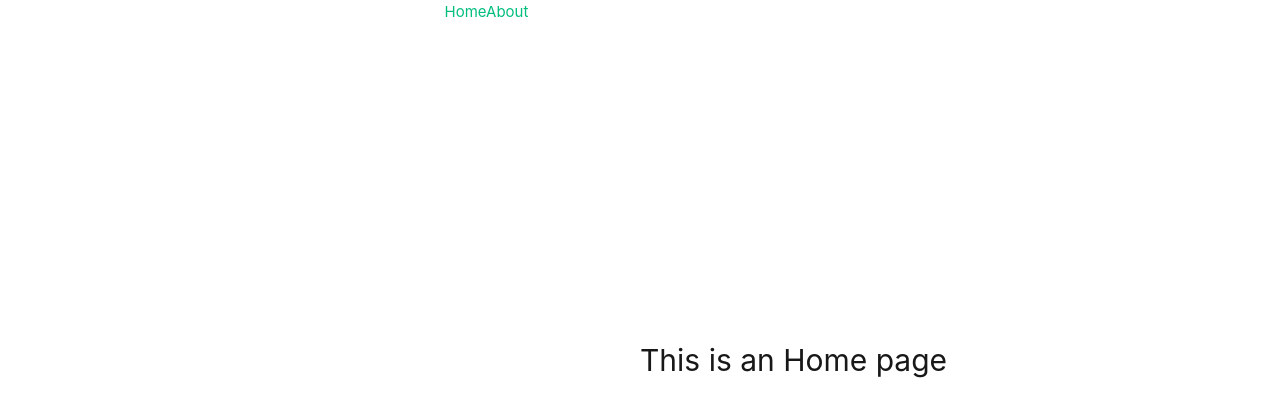
Repository: loktioncode/vectra-shop
Page: /
The author's editor kept a copy of each file at every save. The page is drawn from the files as they stood at one save, then again after the next save.
The browser window is 1280 px wide. The pictures show the whole page.
The project was rebuilt for these pictures with package versions that can differ from the ones it lists, and the page was loaded fresh each time. Also part of the build but not shown: vite.config.ts.

Above is the page before, as saved 2023-09-20 12:32:33.

### src/assets/main.css
@import './base.css';

#app {

  margin: 0 auto;
  padding: 2rem;

  font-weight: normal;
}

a,
.green {
  text-decoration: none;
  color: hsla(160, 100%, 37%, 1);
  transition: 0.4s;
}

@media (hover: hover) {
  a:hover {
    background-color: hsla(160, 100%, 37%, 0.2);
  }
}

@media (min-width: 1024px) {
  body {
    display: flex;
    place-items: center;
  }

  #app {
    display: grid;
    grid-template-columns: 1fr 1fr;
    padding: 0 2rem;
  }
}

### src/App.vue
<!-- <script setup lang="ts">
import { RouterLink, RouterView } from 'vue-router'
import HelloWorld from './components/HelloWorld.vue'
</script> -->

<template>
  <div class="app">
    <header>
      <nav>
        <RouterLink to="/">Home</RouterLink>
        <RouterLink to="/about">About</RouterLink>
      </nav>

    </header>
  </div>
  <RouterView />
</template>

<style scoped>
.app {
  text-align: center;
}
</style>

### src/assets/base.css
/* color palette from <https://github.com/vuejs/theme> */
:root {
  --vt-c-white: #ffffff;
  --vt-c-white-soft: #f8f8f8;
  --vt-c-white-mute: #f2f2f2;

  --vt-c-black: #181818;
  --vt-c-black-soft: #222222;
  --vt-c-black-mute: #282828;

  --vt-c-indigo: #2c3e50;

  --vt-c-divider-light-1: rgba(60, 60, 60, 0.29);
  --vt-c-divider-light-2: rgba(60, 60, 60, 0.12);
  --vt-c-divider-dark-1: rgba(84, 84, 84, 0.65);
  --vt-c-divider-dark-2: rgba(84, 84, 84, 0.48);

  --vt-c-text-light-1: var(--vt-c-indigo);
  --vt-c-text-light-2: rgba(60, 60, 60, 0.66);
  --vt-c-text-dark-1: var(--vt-c-white);
  --vt-c-text-dark-2: rgba(235, 235, 235, 0.64);
}

/* semantic color variables for this project */
:root {
  --color-background: var(--vt-c-white);
  --color-background-soft: var(--vt-c-white-soft);
  --color-background-mute: var(--vt-c-white-mute);

  --color-border: var(--vt-c-divider-light-2);
  --color-border-hover: var(--vt-c-divider-light-1);

  --color-heading: var(--vt-c-text-light-1);
  --color-text: var(--vt-c-black);

  --section-gap: 160px;
}

@media (prefers-color-scheme: dark) {
  :root {
    --color-background: var(--vt-c-black);
    --color-background-soft: var(--vt-c-black-soft);
    --color-background-mute: var(--vt-c-black-mute);

    --color-border: var(--vt-c-divider-dark-2);
    --color-border-hover: var(--vt-c-divider-dark-1);

    --color-heading: var(--vt-c-text-dark-1);
    --color-text: var(--vt-c-black);
  }
}

*,
*::before,
*::after {
  box-sizing: border-box;
  margin: 0;
  font-weight: normal;
}

body {
  min-height: 100vh;
  color: var(--color-text);

  background: var(--vt-c-white);

  transition:
    color 0.5s,
    background-color 0.5s;
  line-height: 1.6;
  font-family:
    Inter,
    -apple-system,
    BlinkMacSystemFont,
    'Segoe UI',
    Roboto,
    Oxygen,
    Ubuntu,
    Cantarell,
    'Fira Sans',
    'Droid Sans',
    'Helvetica Neue',
    sans-serif;
  font-size: 15px;
  text-rendering: optimizeLegibility;
  -webkit-font-smoothing: antialiased;
  -moz-osx-font-smoothing: grayscale;
}

### src/views/HomeView.vue
<script setup lang="ts">
// import TheWelcome from '../components/TheWelcome.vue'
</script>

<template>
  <div class="home">
    <h1>This is an Home page</h1>
  </div>
</template>

<style>
@media (min-width: 1024px) {
  .home {
    min-height: 100vh;
    display: flex;
    align-items: center;
  }
}
</style>

Loaded but not shown: index.html (common file); src/main.ts (common file); src/router/index.ts (common file)

After the next save:
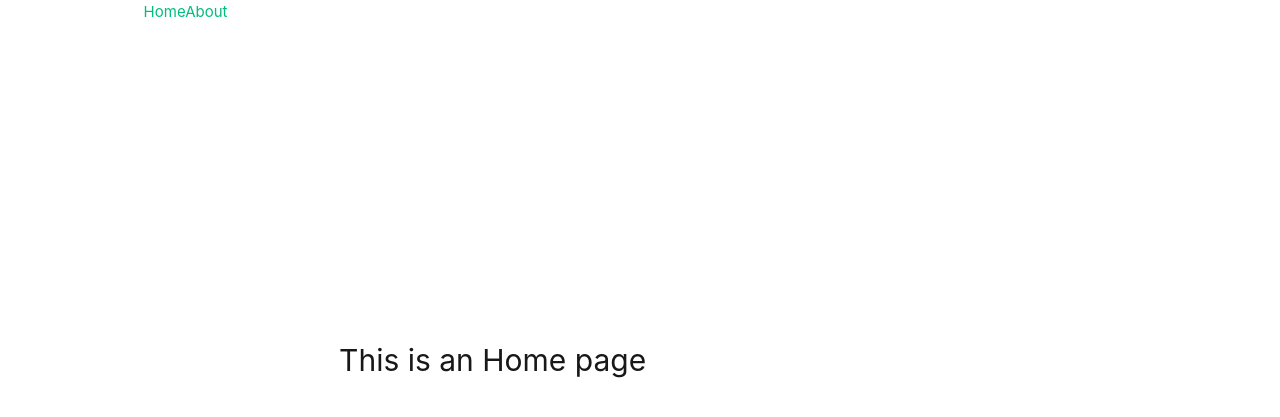
Saved 46 s later.
--- a/src/assets/main.css
+++ b/src/assets/main.css
@@ -1,12 +1,4 @@
 @import './base.css';
-
-#app {
-
-  margin: 0 auto;
-  padding: 2rem;
-
-  font-weight: normal;
-}
 
 a,
 .green {
